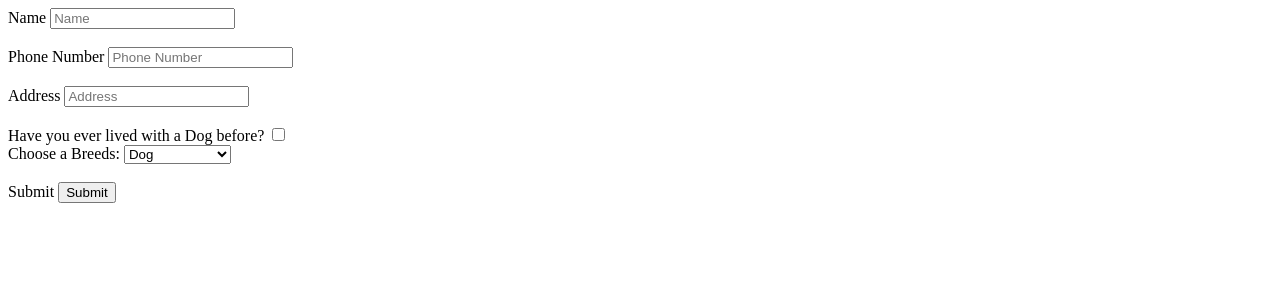
Repository: acciojob/dog-adoption-application-vandanayadav15
Page: main.html
These files come from the project's save history. The page is drawn as it stood at one moment and after a run of saves; the edit follows.
The browser window is 1280 px wide. The pictures show the whole page.

Above is the page before, as saved 2022-10-14 11:17:43.

After the next 2 saves:
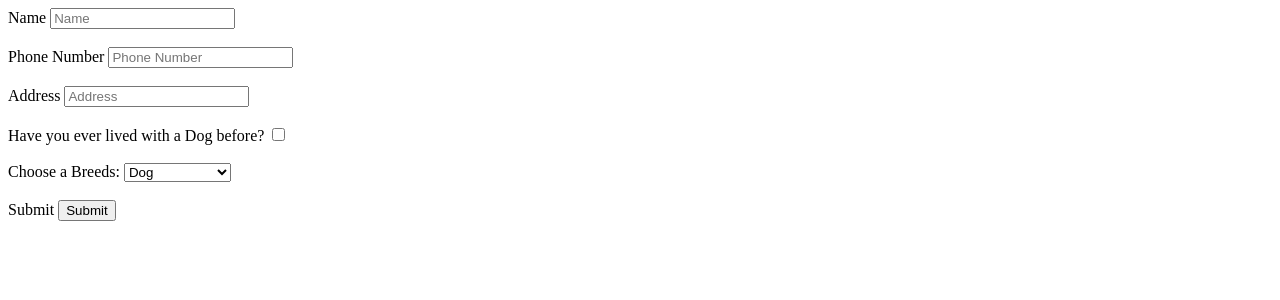
The 2 saves are shown as one change because they came seconds apart.
The last was saved 21 s later.
--- a/main.html
+++ b/main.html
@@ -16,7 +16,7 @@
 		<label for="address">Address</label>
 		<input type="text" id="address" placeholder="Address"><br><br>
 		<label for="dog"> Have you ever lived with a Dog before?</label>
-		<input type="checkbox" id="checkbox" value="Have you ever lived with a Dog before?"><br>
+		<input type="checkbox" id="checkbox" value="Have you ever lived with a Dog before?"><br><br
 		<label for="breed">Choose a Breeds:</label>
 		<select id="multiselect" name="Please select your preferred breeds">
 			<option>Dog</option>
